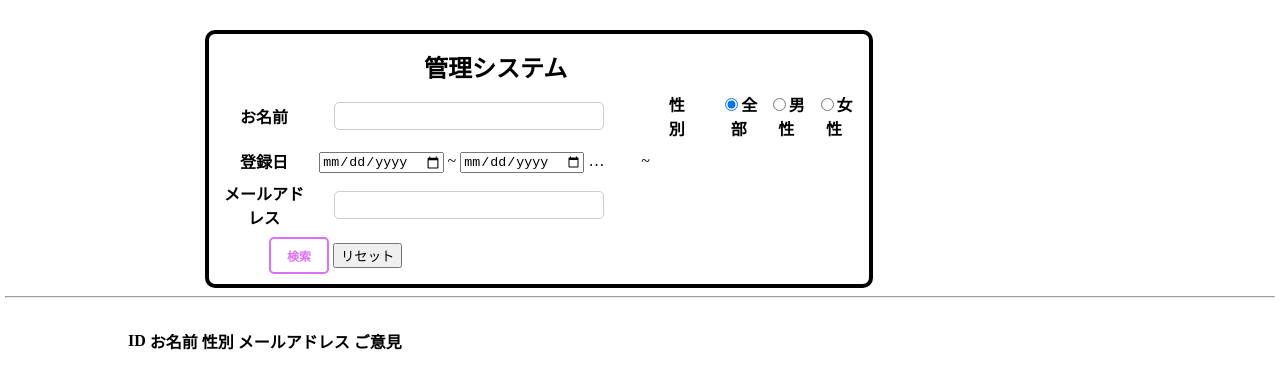
Repository: azuma2/kadai
Page: http://localhost/serch
An editor plug-in stored every save of this project. The page is shown before and after the next save, followed by the edit.
The browser window is 1280 px wide. The pictures show the whole page.
The page is served by the project's Laravel application, run on PHP 8.4 with Laravel 8. Other server files are loaded and not shown. Queries for data that is not in the repository find no rows.

Above is the page before, as saved 2022-06-02 02:33:09.

### routes/web.php
<?php

use Illuminate\Support\Facades\Route;
use App\Http\Controllers\TodoController;

Route::get('/', [TodoController::class, 'index']);
Route::get('/kakunin', [TodoController::class, 'index2']);
Route::get('/san', [TodoController::class, 'index3']);
Route::get('/kanri', [TodoController::class, 'index4']);

Route::post('/todo/create', [TodoController::class, 'create']);
Route::post('/todo/delete', [TodoController::class, 'remove']);



use App\Http\Controllers\AuthorController;
Route::get('/', [AuthorController::class, 'index']);
Route::post('/add', [AuthorController::class, 'create']);
Route::post('/edit', [AuthorController::class, 'update']);
Route::get('/edit', [AuthorController::class, 'edit']);



Route::get('/zz', [TodoController::class, 'zz0']);
Route::get('/kari', [TodoController::class, 'index2']);
Route::post('/kari', [TodoController::class, 'kari']);



Route::get('/test', [TodoController::class, 'index99']);
Route::post('/test2', [TodoController::class, 'confirm']);
Route::post('/test/complete', [TodoController::class, 'complete']);

Route::post('/test/complete2', [TodoController::class, 'complete2']);

Route::get('/serch', [TodoController::class, 'serch'])
    ->name('posts.index');

### app/Http/Controllers/TodoController.php
<?php

namespace App\Http\Controllers;

use App\Models\Todo;
use Illuminate\Http\Request;
use Illuminate\Support\Facades\DB;
use Illuminate\Pagination\Paginator;
use Carbon\Carbon;

class TodoController extends Controller
{
    public function index(Request $request)
    {
        $items = Todo::all();

         $items = DB::select('select * from todos');
        return view('/');
    }


    public function index2(Request $request)
    {
        $items = Todo::all();
        return view('kakunin', compact('items'));
    }

    public function index3()
    {
        $items = Todo::all();
        return view('san', ['items' => $items]);
    }

    public function index4()
    {
        $items = Todo::all();
        $items = Todo::Paginate(10);
        return view('kanri', ['items' => $items]);
    }



    public function remove(Request $request)
    {
        Todo::find($request->id)->delete();
        return redirect('/kanri');
    }






public function zz0(Request $request)
    {
        $data = ['msg'=>"テキストボックスに入力してください。"];
        return view('/zz', $data);
    }

    public function kari(Request $request)
    {
        $data = $request->all();
        $request->session()->put($data);
        $data = [
            'fname'=>$request->fname,
            'name'=>$request->name,
            'gender'=>$request->gender,
            'email'=>$request->email,
            'postcode'=>$request->postcode,
            'address'=>$request->address,
            'building_name'=>$request->building_name,
            'opinion'=>$request->opinion,
            'msg'=>"入力値を元に表示しています。"

        ];
        return view('/kakunin', $data);
    }

        public function create(Request $request)
    {
        $this->validate($request, Todo::$rules);
        $form = $request->all();
        Todo::create($form);
        $param = [
            'fname' => $request->fname,
            'name' => $request->name,
            'gender'=>$request->gender,
            'email'=>$request->email,
            'postcode'=>$request->postcode,
            'address'=>$request->address,
            'building_name'=>$request->building_name,
            'opinion'=>$request->opinion,
        ];

        return view('/san', $param);
    }


public function complete2()
{
    $data = session()->all(); // ２）
    DB::table('todos')->insert([
            'fname' => $data["fname"],
            'name' => $data["name"],
            'gender'=>$data["gender"],
            'email'=>$data["email"],
            'postcode'=>$data["postcode"],
            'address'=>$data["address"],
            'building_name'=>$data["building_name"],
            'opinion'=>$data["opinion"]
    ]); // ３）
    return view('san');
}












public function serch(Request $request)
    {
        $keyword = $request->input('keyword');
        $keyword2 = $request->input('keyword2');
        $gender2 = $request->input('gender2');

        $query = Todo::query();

        if(!empty($keyword)) {
            $query->where('name', 'LIKE', "%{$keyword}%")
                ->orWhere('fname', 'LIKE', "%{$keyword}%");
        }

        if(!empty($keyword2)) {
            $query->where('email', 'LIKE', "%{$keyword2}%");
        }

        if(!empty($gender2)) {
            $query->where('gender', 'LIKE', "%{$gender2}%");
        }







        $items = $query->get();
        $items = $query->paginate(10)->withQueryString();



        return view('kanri', compact('items', 'keyword'));
    }















    public function index99()
{
        $items = Todo::all();
        $items = Todo::Paginate(10);
        return view('test', ['items' => $items]);
}

// 確認フォーム
public function confirm(Request $request)
{
    $data = $request->all();
    $request->session()->put($data); // １）

    return view('confirm', compact("data"));
}

// 完了フォーム
public function complete()
{
    $data = session()->all(); // ２）
    DB::table('todos')->insert([

            'fname' => $data["fname"],
            'email' => $data["email"]
    ]); // ３）
    return view('complete');
}
}

### app/Models/Todo.php
<?php

namespace App\Models;

use Illuminate\Database\Eloquent\Factories\HasFactory;
use Illuminate\Database\Eloquent\Model;

class Todo extends Model
{
    use HasFactory;


    protected $fillable = ['fname', 'name', 'gender','email','postcode','address','building_name','opinion','created_at','updated_at'];

    public static $rules = array(
        'fname' => 'required',
        'name' => 'required',
        'gender' => 'required|max:20',
        'email' => 'required',
        'postcode' => 'required',
        'address' => 'required',
        'opinion' => 'required|max:200',
    );

    public function getDetail()
    {
        $txt = 'ID:'.$this->id . ' ' . $this->fname . '(' . $this->name .  '才'.') '.$this->gender.$this->email.$this->postcode.$this->address.$this->opinion;
        return $txt;
    }

    public static function getDate($from, $until)
    {
        //updated_atが20xx/xx/xx ~ 20xx/xx/xxのデータを取得
        $date = Todo::whereBetween("updated_at", [$from, $until])->get();
        return $date;
    }

}

### resources/views/kanri.blade.php
@extends('layouts.default')
<style>
.otoiawase{
    padding-left: 200px;
    margin: 5px;

}

form{
  margin: 0px;
}


.input{
    width: 80%;
    padding: 5px;
    border-radius: 5px;
    border: 1px solid #ccc;
    appearance: none;
    font-size: 14px;
    outline: none;
}

.input2{
    width: 90%;
    padding: 5px;
    border-radius: 5px;
    border: 1px solid #ccc;
    appearance: none;
    font-size: 14px;
    outline: none;
}

.input3{
    width: 90%;
    padding: 5px;
    border-radius: 5px;
    border: 1px solid #ccc;
    appearance: none;
    font-size: 14px;
    outline: none;
    height: 10em;
}



    .button {
    text-align: left;
    border: 2px solid #dc70fa;
    font-size: 12px;
    color: #dc70fa;
    background-color: #fff;
    font-weight: bold;
    padding: 8px 16px;
    border-radius: 5px;
    cursor: pointer;
    transition: 0.4s;
    outline: none;
        margin-left: 50px;
        margin-top: 5px;
}
    body {
      font-size:16px;
      margin: 30px;

    }


        td {
      padding: 5px 10px;
      text-align: center;
    }

    .narabe{
      padding: 20px;
      margin-left:100px ;

    }

    .button {
    text-align: left;
    border: 2px solid #dc70fa;
    font-size: 12px;
    color: #dc70fa;
    background-color: #fff;
    font-weight: bold;
    padding: 8px 16px;
    border-radius: 5px;
    cursor: pointer;
    transition: 0.4s;
    outline: none;
}

    .card {
    background-color: #fff;
    width: 50vw;
    padding: 10px;
    border-radius: 10px;
    border: 4px solid;
    margin-left: 200px;
    margin-top: 30px;
}
    h1 {
      font-size:32px;
      color:white;
      text-shadow:1px 0 5px #289ADC;
      margin-left: 1px
    }
    .content {
      margin:10px;
    }

    .th{
      border-bottom: solid;
    }

    table td {
    max-width: 300px;
    overflow: hidden;
    text-overflow: ellipsis;
    white-space: nowrap;
}

table td:hover {
    white-space: normal;
}


    svg.w-5.h-5 {  /*paginateメソッドの矢印の大きさ調整のために追加*/
    width: 30px;
    height: 30px;
    }

</style>
  <div class="card">
    <h2 class="otoiawase">管理システム</h2>
      <table>
        <tr>
          <th>
            お名前
          </th>
          <td>
    <form action="/serch" method="GET">
            @csrf
            <input type="text" class="input2" name="keyword" >
          </td>
          <td>

          </td>
          <th>
            性別
          </th>
          <td>
              <th class="radio">
                <label><input checked  type="radio" value="性"  name="gender2" {{ old("gender") == "性" ? 'checked' : ''}}>全部</label>
            </th>
            <th class="radio">
              <label><input type="radio"  value="男性" name="gender2" {{ old("gender") == "男性" ? 'checked' : ''}}>男性</label>
            </th>
            <th class="radio">
              <label><input type="radio" value="女性" name="gender2" {{ old("gender") == "女性" ? 'checked' : ''}}>女性</label>
          </td>
        </tr>
        <tr>
          <th>
            登録日
          </th>
          <td>
            <form action="hashtag" method="GET">
              <input type="date" name="from" placeholder="from_date">
              <span class="mx-3 text-grey">~</span>
              <input type="date" name="until" placeholder="until_date">
              <button type="submit">検索</button>
            </form>

          </td>
          <td>
            ~
          </td>
          <td>

          </td>
        </tr>
        <tr>
          <th>
            メールアドレス
          </th>
          <td>
            <input type="text" class="input2"  name="keyword2">
          </td>
        </tr>
      </table>


  <input type="submit" class="button" value="検索">
  <input type="reset" value="リセット" onclick="location.href='/kanri'">
</form>

  </div>

{{ $items->links() }}

  <hr>
  <div class="narabe">
    <table>
      <tr class="midasi">
        <th>ID</th>
        <th>お名前</th>
        <th>性別</th>
        <th>メールアドレス</th>
        <th>ご意見</th>
        <th></th>
      </tr>

      <tr>
        @foreach ($items as $item)
        <td>
          {{$item->id}}
        </td>
        <td>
          {{$item->fname}} {{$item->name}}
        </td>
        <td>
          {{$item->gender}}
        </td>
        <td>
          {{$item->email}}
        </td>
        <td>
          {{$item->opinion}}
        </td>
        <td>

          <form action="/todo/delete" method="post" >
              @csrf
            <input  type="hidden" name="id" value="{{$item->id}}" >
            <input class="button" type="submit" value="削除" >
          </form>
        </td>
      </tr>
    @endforeach
    </table>
  </div>

### resources/views/layouts/default.blade.php
<!DOCTYPE html>
<html lang="ja">
<head>
    <meta charset="UTF-8">
    <meta name="viewport" content="width=device-width, initial-scale=1.0">
    <title>@yield('title')</title>
    <style>
    body {
      font-size:16px;
      margin: 5px;
    }
    h1 {
      font-size:60px;
      color:white;
      text-shadow:1px 0 5px #289ADC;
      letter-spacing:-4px;
      margin-left: 10px
    }
    .content {
      margin:10px;
    }
    </style>
  </head>
  <body>
    <h1>@yield('title')</h1>
    <div class="content">
    @yield('content')
    </div>
</body>
</html>

Loaded but not shown: app/Http/Controllers/Controller.php (common file)

After the next save:
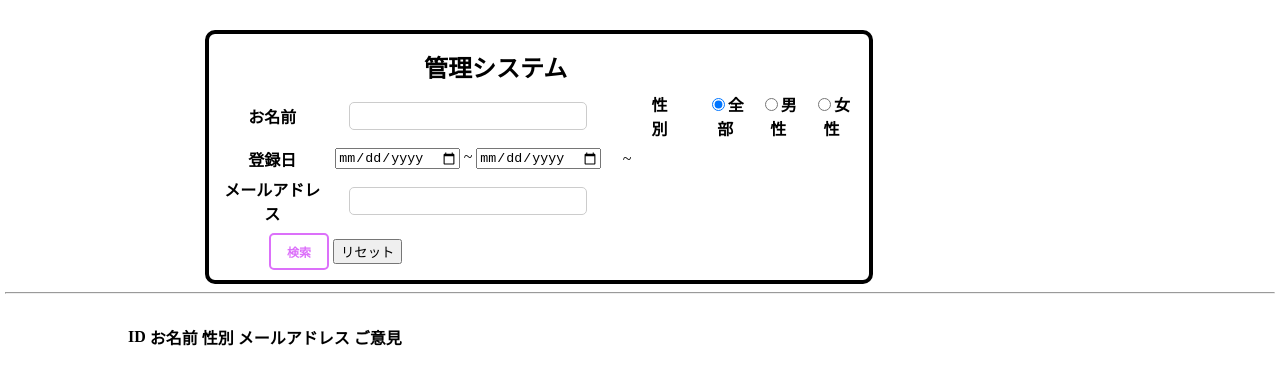
Saved 28 s later.
--- a/resources/views/kanri.blade.php
+++ b/resources/views/kanri.blade.php
@@ -170,8 +170,7 @@ table td:hover {
               <input type="date" name="from" placeholder="from_date">
               <span class="mx-3 text-grey">~</span>
               <input type="date" name="until" placeholder="until_date">
-              <button type="submit">検索</button>
-            </form>
+
 
           </td>
           <td>
